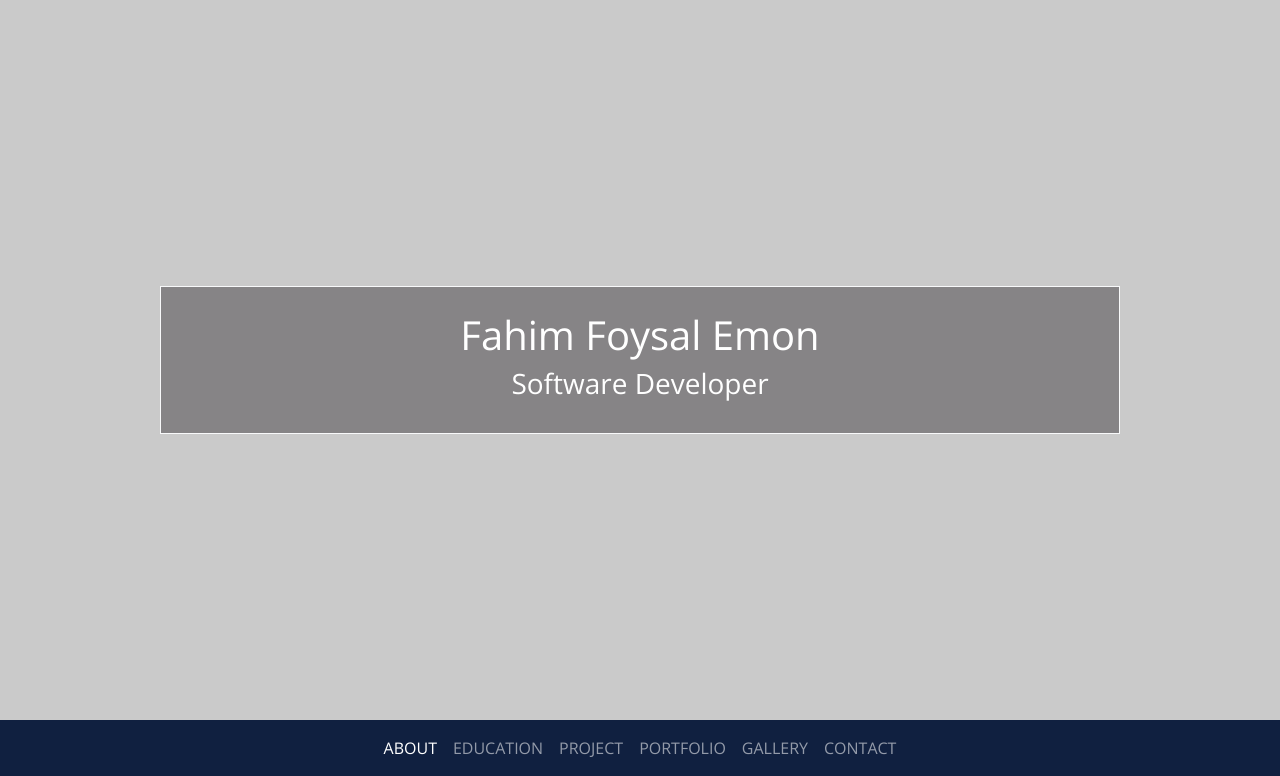
Repository: emowzz/emowzz.github.io
Page: index.html
The author's editor kept a copy of each file at every save. The page is drawn from the files as they stood at one save, then again after the next save.
The browser window is 1280 px wide. The pictures show the whole page.
Some web libraries are served in a nearby version.

Above is the page before, as saved 2021-03-17 17:58:55.

### index.html
<!doctype html>
<html lang="en">
  <head>
    <!-- Required meta tags -->
    <meta charset="utf-8">
    <meta name="viewport" content="width=device-width, initial-scale=1">
    <link rel="shortcut icon" type="image/png" href="./Image/myImgZoom.jpg">
    <!-- Bootstrap CSS -->
    <link href="https://cdn.jsdelivr.net/npm/bootstrap@5.0.0-beta2/dist/css/bootstrap.min.css" rel="stylesheet" integrity="sha384-BmbxuPwQa2lc/FVzBcNJ7UAyJxM6wuqIj61tLrc4wSX0szH/Ev+nYRRuWlolflfl" crossorigin="anonymous">
    <link rel="preconnect" href="https://fonts.gstatic.com">
    <link href="https://fonts.googleapis.com/css2?family=Open+Sans:wght@300&display=swap" rel="stylesheet">
    <link rel="stylesheet" href="./CSS/style.css">


    <title>Hi There, I'm Fahim Foysal Emon!</title>

    <script src="https://kit.fontawesome.com/a076d05399.js" crossorigin="anonymous"></script>
  </head>
  <body>

    <!-- this is banner section -->
    <section class="banner-container container-fluid">
      <div class="row vh-100">
        <div class="col-md-9 banner-column m-auto text-center text-white p-4 border border-light">
            <h1 class="display:4 font-weight:bolder">Fahim Foysal Emon</h1>
            <h3>Software Developer</h3>
        </div>
      </div>
    </section>

    <!-- this is nav-bar section -->
    <nav class="navbar navbar-expand-lg navbar-dark navbar-container">
      <div class="container-fluid">
        <button class="navbar-toggler" type="button" data-bs-toggle="collapse" data-bs-target="#navbarSupportedContent" aria-controls="navbarSupportedContent" aria-expanded="false" aria-label="Toggle navigation">
          <span class="navbar-toggler-icon"></span>
        </button>
        <div class="collapse navbar-collapse" id="navbarSupportedContent">
          <ul class="navbar-nav m-auto mb-2 mb-lg-0">
            <li class="nav-item">
              <a class="nav-link active" aria-current="page" href="#About">ABOUT</a>
            </li>
            <li class="nav-item">
              <a class="nav-link" href="#Education">EDUCATION</a>
            </li>
            <li class="nav-item">
              <a class="nav-link" href="#Project">PROJECT</a>
            </li>
            <li class="nav-item">
              <a class="nav-link" href="#Portfolio">PORTFOLIO</a>
            </li>
            <li class="nav-item">
              <a class="nav-link" href="#Gallery">GALLERY</a>
            </li>
            <li class="nav-item">
              <a class="nav-link" href="#Contact">CONTACT</a>
            </li>
          </ul>
        </div>
      </div>
    </nav>

    <!-- Optional JavaScript; choose one of the two! -->

    <!-- Option 1: Bootstrap Bundle with Popper -->
    <script src="https://cdn.jsdelivr.net/npm/bootstrap@5.0.0-beta2/dist/js/bootstrap.bundle.min.js" integrity="sha384-b5kHyXgcpbZJO/tY9Ul7kGkf1S0CWuKcCD38l8YkeH8z8QjE0GmW1gYU5S9FOnJ0" crossorigin="anonymous"></script>

    <!-- Option 2: Separate Popper and Bootstrap JS -->
    <!--
    <script src="https://cdn.jsdelivr.net/npm/@popperjs/core@2.6.0/dist/umd/popper.min.js" integrity="sha384-KsvD1yqQ1/1+IA7gi3P0tyJcT3vR+NdBTt13hSJ2lnve8agRGXTTyNaBYmCR/Nwi" crossorigin="anonymous"></script>
    <script src="https://cdn.jsdelivr.net/npm/bootstrap@5.0.0-beta2/dist/js/bootstrap.min.js" integrity="sha384-nsg8ua9HAw1y0W1btsyWgBklPnCUAFLuTMS2G72MMONqmOymq585AcH49TLBQObG" crossorigin="anonymous"></script>
    -->
  </body>
</html>

### CSS/style.css
body {
    font-family: 'Open Sans', sans-serif;
}


.banner-container {
    background-color: #CACACA;
}

.banner-column {
    background-color: #868486;
}

.navbar-container {
    background-color: #102040;
}

.about-container {
    background-color: #00A9C0;
}

After the next save:
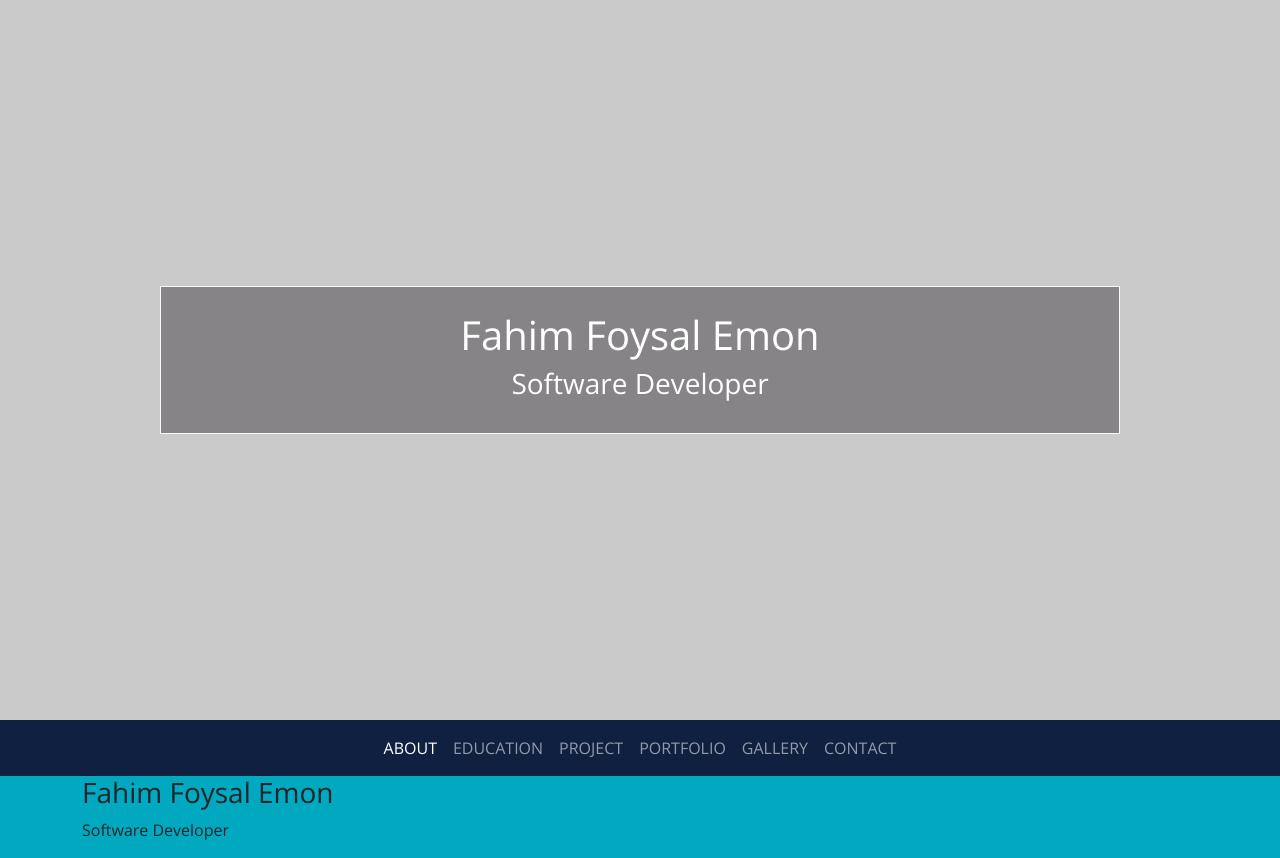
Saved 2 min 47 s later.
--- a/index.html
+++ b/index.html
@@ -59,6 +59,22 @@
       </div>
     </nav>
 
+    <!-- this is about section -->
+    <div class="about-container">
+      <div class="container">
+        <div class="row">
+          <div class="col-md-9">
+            <h3>Fahim Foysal Emon</h3>
+            <p>Software Developer</p>
+          </div>
+
+          <div class="col-md-3">
+
+          </div>
+        </div>
+      </div>
+    </div>
+
     <!-- Optional JavaScript; choose one of the two! -->
 
     <!-- Option 1: Bootstrap Bundle with Popper -->
